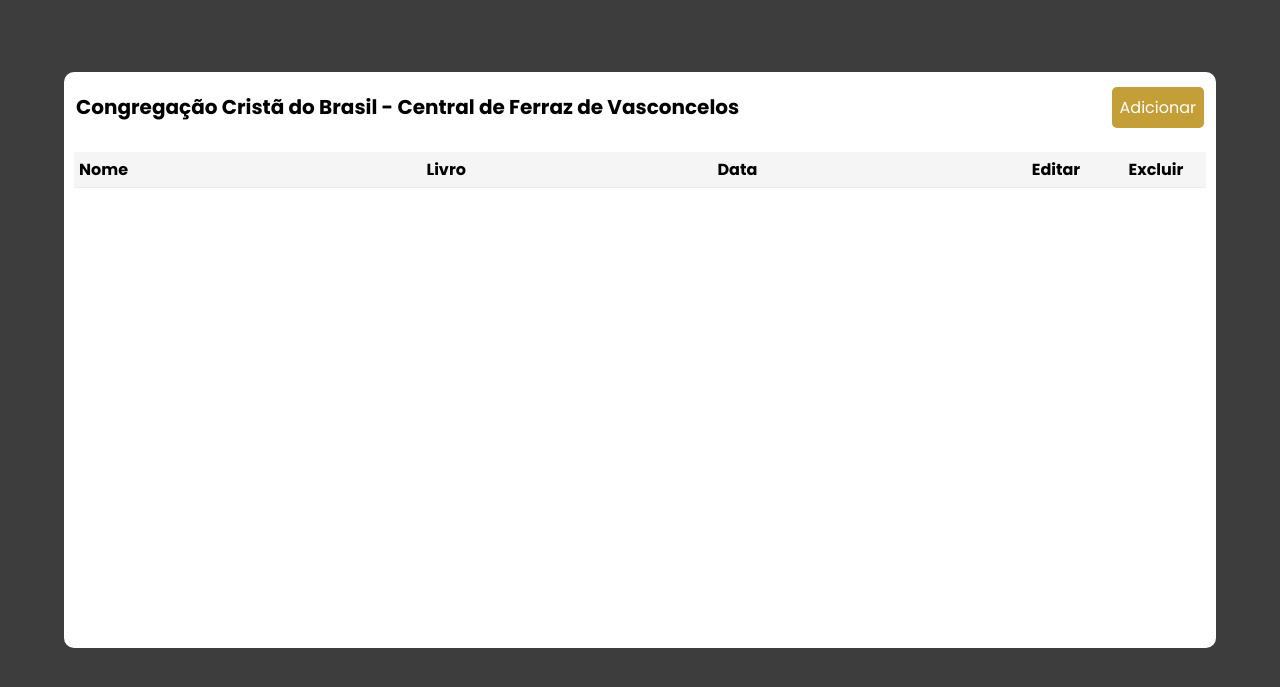
Repository: Matheus904-12/API-da-CCB
Page: index.html
An editor plug-in stored every save of this project. The page is shown before and after the next save, followed by the edit.
The browser window is 1280 px wide. The pictures show the whole page.

Above is the page before, as saved 2024-01-12 03:13:23.

### index.html
<!DOCTYPE html>
<html lang="pt-br">

<head>
  <meta charset="UTF-8">
  <meta http-equiv="X-UA-Compatible" content="IE=edge">
  <meta name="viewport" content="width=device-width, initial-scale=1.0">
  <title>CCB - Central</title>
  <link rel="stylesheet" href="style.css">
  <link href='https://unpkg.com/boxicons@2.1.1/css/boxicons.min.css' rel='stylesheet'>
</head>

<body>
  <div class="container">
    <div class="header">
      <span>Congregação Cristã do Brasil - Central de Ferraz de Vasconcelos</span>
      <button onclick="openModal()" id="new">Adicionar</button>
    </div>

    <div class="divTable">
      <table>
        <thead>
          <tr>
            <th>Nome</th>
            <th>Livro</th>
            <th>Data</th>
            <th class="acao">Editar</th>
            <th class="acao">Excluir</th>
          </tr>
        </thead>
        <tbody>
        </tbody>
      </table>
    </div>

    <div class="modal-container">
      <div class="modal">
        <form>
          <label for="gender2">Auxiliar</label>
          <select id="gender2">
            <option value="">Nenhum</option>
            <option value="">Aline Gomes Santos</option>
            <option value="">Alfredo Bruske Schuster</option>
            <option value="">Alef Vinicius</option>
            <option value="">José Victor Zeller Gonçalves</option>
            <option value="">Jonas Amorim Lopes da Silva</option>
            <option value="">Loraine de Assis Souza</option>
            <option value="">Natália de Sena Marques</option>
          </select>
<br>
          <label for="m-nome">Nome</label>
            <input id="m-nome" type="text" required />

            <label for="m-funcao">Livro</label>
            <input id="m-funcao" type="text" required />

            <label for="m-capitulo">Capítulo</label>
            <input id="m-capitulo" type="number" required />

            <label for="m-versiculo">Versículo</label>
            <input id="m-versiculo" type="number" required />

            <label for="m-date">Data</label>
            <input id="m-date" type="date" required />

            <button id="btnSalvar">Salvar</button>
        </form>
      </div>
    </div>

  </div>
  <script src="script.js"></script>
</body>

</html>

### style.css
@import url('https://fonts.googleapis.com/css2?family=Poppins:wght@200;300;400;500;700&family=Roboto:wght@100;300;400;500;700;900&family=Source+Sans+Pro:wght@200;300;400;600;700;900&display=swap');

* {
  margin: 0;
  padding: 0;
  box-sizing: border-box;
  font-family: 'Poppins', sans-serif;
}

body {
  width: 100vw;
  height: 100vh;
  display: flex;
  align-items: center;
  justify-content: center;
  background-color: rgba(0, 0, 0, 0.759);
}

button {
  cursor: pointer;
}

.container {
  width: 90%;
  height: 80%;
  border-radius: 10px;
  background: white;
}

.header {
  min-height: 70px;
  display: flex;
  align-items: center;
  justify-content: space-between;
  margin: auto 12px;
}

.header span {
  font-weight: 900;
  font-size: 20px;
  word-break: break-all;
}

#new {
  font-size: 16px;
  padding: 8px;
  border-radius: 5px;
  border: none;
  color: white;
  background-color: rgb(196, 158, 55);
}

.divTable {
  padding: 10px;
  width: auto;
  height:inherit;
  overflow:auto;
}

.divTable::-webkit-scrollbar {
  width: 12px;
  background-color: whitesmoke;
}

.divTable::-webkit-scrollbar-thumb {
  border-radius: 10px;
  background-color: darkgray;
}

table {
  width: 100%;
  border-spacing: 10px;
  word-break: break-all;
  border-collapse: collapse;
}

thead {
  background-color: whitesmoke;
}

tr {
  border-bottom: 1px solid rgb(238, 235, 235)!important;
}

tbody tr td {
  vertical-align: text-top;
  padding: 6px;
  max-width: 50px;
}

thead tr th {
  padding: 5px;
  text-align: start;
  margin-bottom: 50px;
}

tbody tr {
  margin-bottom: 50px;
}

thead tr th.acao {
  width: 100px!important;
  text-align: center;
}

tbody tr td.acao {
  text-align: center;
}

@media (max-width: 700px) {
  body {
    font-size: 10px;
  }

  .header span {
    font-size: 15px;
  }

  #new {
    padding: 5px;
    font-size: 10px;
  }

  thead tr th.acao {
    width: auto!important;
  }

  td button i {
    font-size: 20px!important;
  }

  td button i:first-child {
    margin-right: 0;
  }

  .modal {
    width: 90%!important;
  }

  .modal label {
    font-size: 12px!important;
  }
}

.modal-container {
  width: 100vw;
  height: 100vh;
  position: fixed;
  top: 0;
  left: 0;
  background-color: rgba(0, 0, 0, 0.5);
  display: none;
  z-index: 999;
  align-items: center;
  justify-content: center;
}

.modal {
  display: flex;
  flex-direction: column;
  align-items: center;
  padding: 40px;
  background-color: white;
  border-radius: 10px;
  width: 50%;
}

.modal label {
  font-size: 14px;
  width: 100%;
}

.modal input {
  width: 100%;
  outline: none;
  padding: 5px 10px;
  width: 100%;
  margin-bottom: 20px;
  border-top: none;
  border-left: none;
  border-right: none;
}

.modal button {
  width: 100%;
  margin: 10px auto;
  outline: none;
  border-radius: 20px;
  padding: 5px 10px;
  width: 100%;
  border: none;
  background-color: rgb(196, 158, 55);
  color: white;
}

.active {
  display: flex;
}

.active .modal {
  animation: modal .4s;
}

@keyframes modal {
  from {
    opacity: 0;
    transform: translate3d(0, -60px, 0);
  }
  to {
    opacity: 1;
    transform: translate3d(0, 0, 0);
  }
}

td button {
  border: none;
  outline: none;
  background: transparent;
}

td button i {
  font-size: 25px;
}

td button i:first-child {
  margin-right: 10px;
}

### script.js
const modal = document.querySelector('.modal-container');
const tbody = document.querySelector('tbody');
const sNome = document.querySelector('#m-nome');
const sLivro = document.querySelector('#m-funcao');
const sCapitulo = document.querySelector('#m-funcao');
const sVersiculo = document.querySelector('#m-funcao');
const sData = document.querySelector('#m-date');
const sAuxiliar = document.querySelector('#gender2');
const btnSalvar = document.querySelector('#btnSalvar');

let itens;
let id;

function openModal(edit = false, index = 0) {
    modal.style.display = 'flex';

    modal.onclick = e => {
        if (e.target.className.indexOf('modal-container') !== -1) {
            modal.style.display = 'none';
        }
    };

    if (edit) {
        sNome.value = itens[index].nome;
        sLivro.value = itens[index].livro;
        sCapitulo.value = itens[index].capitulo;
        sVersiculo.value = itens[index].versiculo;
        sData.value = itens[index].data;
        sAuxiliar.value = itens[index].auxiliar;
        id = index;
    } else {
        sNome.value = '';
        sLivro.value = '';
        sCapitulo.value = '';
        sVersiculo.value = '';
        sData.value = '';
        sAuxiliar.value = '';
    }
}

function deleteItem(index) {
    itens.splice(index, 1);
    setItensBD();
    loadItens();
}

function saveItem() {
    if (sNome.value === '' || sLivro.value === '' || sCapitulo.value === '' || sVersiculo.value === '' || sData.value === '' || sAuxiliar.value === '') {
        return;
    }

    if (id !== undefined) {
        itens[id].nome = sNome.value;
        itens[id].livro = sLivro.value;
        itens[id].capitulo = sCapitulo.value;
        itens[id].versiculo = sVersiculo.value;
        itens[id].data = sData.value;
        itens[id].auxiliar = sAuxiliar.value;
    } else {
        itens.push({
            'nome': sNome.value,
            'livro': sLivro.value,
            'capitulo': sCapitulo.value,
            'versiculo': sVersiculo.value,
            'data': sData.value,
            'auxiliar': sAuxiliar.value
        });
    }

    setItensBD();

    modal.style.display = 'none';
    loadItens();
    id = undefined;
}

function insertItem(item, index) {
    let tr = document.createElement('tr');

    tr.innerHTML = `
        <td>${item.nome}</td>
        <td>${item.livro}</td>
        <td>${item.data}</td>
        <td class="acao">
            <button onclick="openModal(true, ${index})"><i class='bx bx-edit'></i></button>
        </td>
        <td class="acao">
            <button onclick="deleteItem(${index})"><i class='bx bx-trash'></i></button>
        </td>
    `;
    tbody.appendChild(tr);
}

function loadItens() {
    itens = getItensBD();
    tbody.innerHTML = '';
    itens.forEach((item, index) => {
        insertItem(item, index);
    });
}

const getItensBD = () => JSON.parse(localStorage.getItem('dbfunc')) || [];
const setItensBD = () => localStorage.setItem('dbfunc', JSON.stringify(itens));

loadItens();

After the next save:
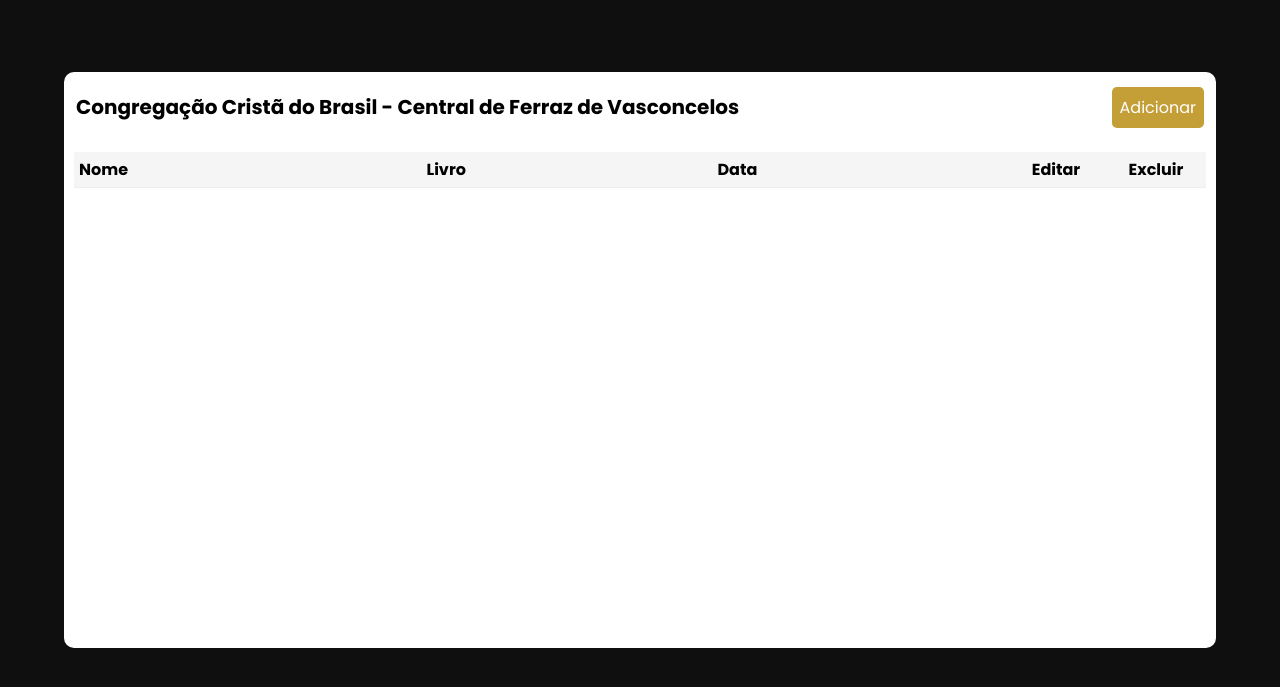
Saved 14 s later.
--- a/style.css
+++ b/style.css
@@ -13,7 +13,7 @@
   display: flex;
   align-items: center;
   justify-content: center;
-  background-color: rgba(0, 0, 0, 0.759);
+  background-color: rgba(0, 0, 0, 0.94);
 }
 
 button {
